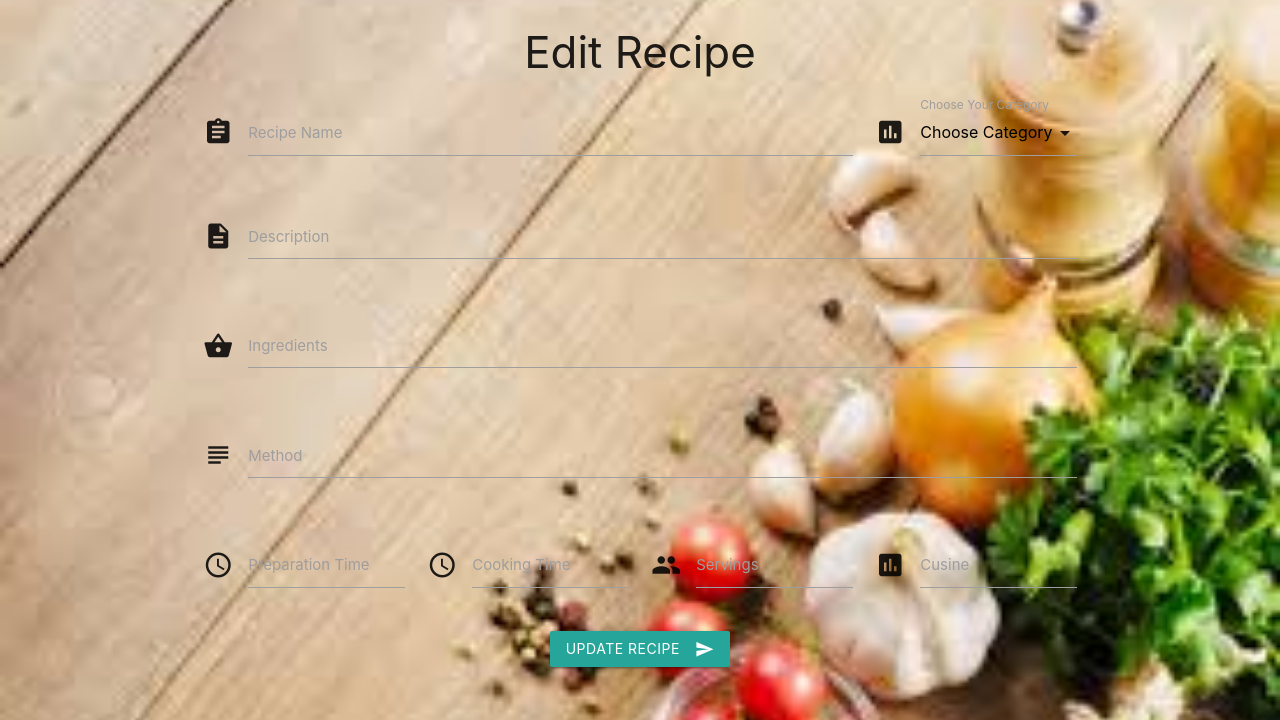
Repository: atena123/COOK-BOOK
Page: templates/editrecipe.html
The author's editor kept a record of every edit. The page is drawn from the files as they stood at one moment, then again after the next edit.
The browser window is 1280 px wide. The pictures show the whole page.
Some web libraries are served in a nearby version. The template is drawn by Flask 3. The application's start-up code is not run. Other server files are loaded and not shown. The template is opened directly, without the code that normally fills it, so the values that code supplies are empty.

Above is the page before.

### templates/editrecipe.html
{% extends 'base.html' %}

    {% block content %}
    <h3>Edit Recipe</h3>

    <div class="row">
    <form action="{{ url_for('update_recipe', recipe_id=recipe._id) }}" method="POST" class="col s12">

            <div class="row">
                <div class="input-field col s9">
                <i class="material-icons prefix">assignment</i>
                <input id="recipe_name" name="recipe_name" type="text" class="validate" value="{{recipe.recipe_name}}">
                <label for="icon_prefix">Recipe Name</label>
                </div>

                <div class="input-field col s3">
                    <i class="material-icons prefix">poll</i>
                    <select id="category" name="category_name">
                      <option value="" disabled selected>Choose Category</option>
                  {% for cat in categories %}
                      <option value="{{cat.category_name}}">{{cat.category_name}}</option>
                  {% endfor %}
                    </select>
                    <label>Choose Your Category</label>
                </div>
            </div>

            <div class="row">
                <div class="input-field col s12">
                <i class="material-icons prefix">description</i>
                <textarea name="recipe_description" id="recipe_description" class="materialize-textarea">{{recipe.recipe_description}}</textarea>
                <label for="icon_telephone">Description</label>
                </div>
            </div>

            <div class="row">
                <div class="input-field col s12">
                <i class="material-icons prefix">shopping_basket</i>
                <textarea name="recipe_ingredients" id="recipe_ingredients" class="materialize-textarea">{{recipe.recipe_ingredients}}</textarea>
                <label for="icon_telephone">Ingredients</label>
                </div>
            </div>

             <div class="row">
                <div class="input-field col s12">
                <i class="material-icons prefix">subject</i>
                <textarea name="recipe_method" id="recipe_method" class="materialize-textarea">{{recipe.recipe_method}}</textarea>
                <label for="icon_telephone">Method</label>
                </div>
            </div>

            <div class="row">
                <div class="input-field col s3">
                <i class="material-icons prefix">access_time</i>
                <input id="preparation_time" name="preparation_time" type="text" class="validate" value="{{recipe.preparation_time}}">
                <label for="icon_prefix">Preparation Time</label>
                </div>

                <div class="input-field col s3">
                <i class="material-icons prefix">access_time</i>
                <input id="cooking_time" name="cooking_time" type="text" class="validate" value="{{recipe.cooking_time}}">
                <label for="icon_prefix">Cooking Time</label>
                </div>

                <div class="input-field col s3">
                <i class="material-icons prefix">group</i>
                <input id="recipe_servings" name="recipe_servings" type="text" class="validate" value="{{recipe.recipe_servings}}">
                <label for="icon_prefix">Servings</label>
                </div>

                <div class="input-field col s3">
                <i class="material-icons prefix">poll</i>
                <input id="cusine_name" name="cusine_name" type="text" class="validate" value="{{recipe.cusine_name}}">
                <label for="icon_prefix">Cusine</label>
                </div>
            </div>
            <div class="row edit_recipe_button">
                <button class="btn waves-effect waves-light" type="submit" name="action">Update Recipe
                <i class="material-icons right">send</i>
                </button>
            </div>
        </div>
    </form>
</div>

     {% endblock %}

### templates/base.html
<!DOCTYPE html>
<html>
    <head>
        <script src="https://cdnjs.cloudflare.com/ajax/libs/materialize/1.0.0/js/materialize.min.js"></script>
        <link href="https://fonts.googleapis.com/icon?family=Material+Icons" rel="stylesheet">
        <link rel="stylesheet" href="https://cdnjs.cloudflare.com/ajax/libs/materialize/1.0.0/css/materialize.min.css">
        <link rel="stylesheet" href="{{url_for('static', filename='css/style.css')}}" type="text/css" />
        <link rel="stylesheet" href="{{url_for('static', filename='images/online_book.jpg')}}" type="text/css" />

    </head>
    <body>

        <div class="container">
        {% block content %}

        {% endblock %}
        </div>

        <script src="https://cdnjs.cloudflare.com/ajax/libs/jquery/3.2.1/jquery.min.js"></script>
        <script src="https://cdnjs.cloudflare.com/ajax/libs/materialize/1.0.0/js/materialize.min.js"></script>
        <script type="text/javascript">
        $(document).ready(function(){
        $('.collapsible').collapsible();
        $('select').formSelect();
        });
        </script>

    </body>
</html>

### static/css/style.css


body {
    background: url("../images/online_book.jpg");
    background-position: center;
    background-repeat: no-repeat;
    background-size: cover;
    background-attachment: fixed;
}


h3, h6 {
    text-align: center;
}

/*-------------------------Home Page--------------------*/

.button {
    height: 24px;
    width: 80px;
    line-height: 24px;
    margin: 6px 6px;
    padding: 0 0.5em;

}

.home_buttons {
    padding-left: 500px;
}




/*-------------------------Add Recipe Page---------------*/

.add_recipe_button {
    text-align: center;
}

/*-------------------------Edit Recipe Page---------------*/

.edit_recipe_button {
    text-align: center;
}

/*------------------------View Recipe Button--------------*/

.view_recipe_button {
    text-align: center;
}

After the next edit:
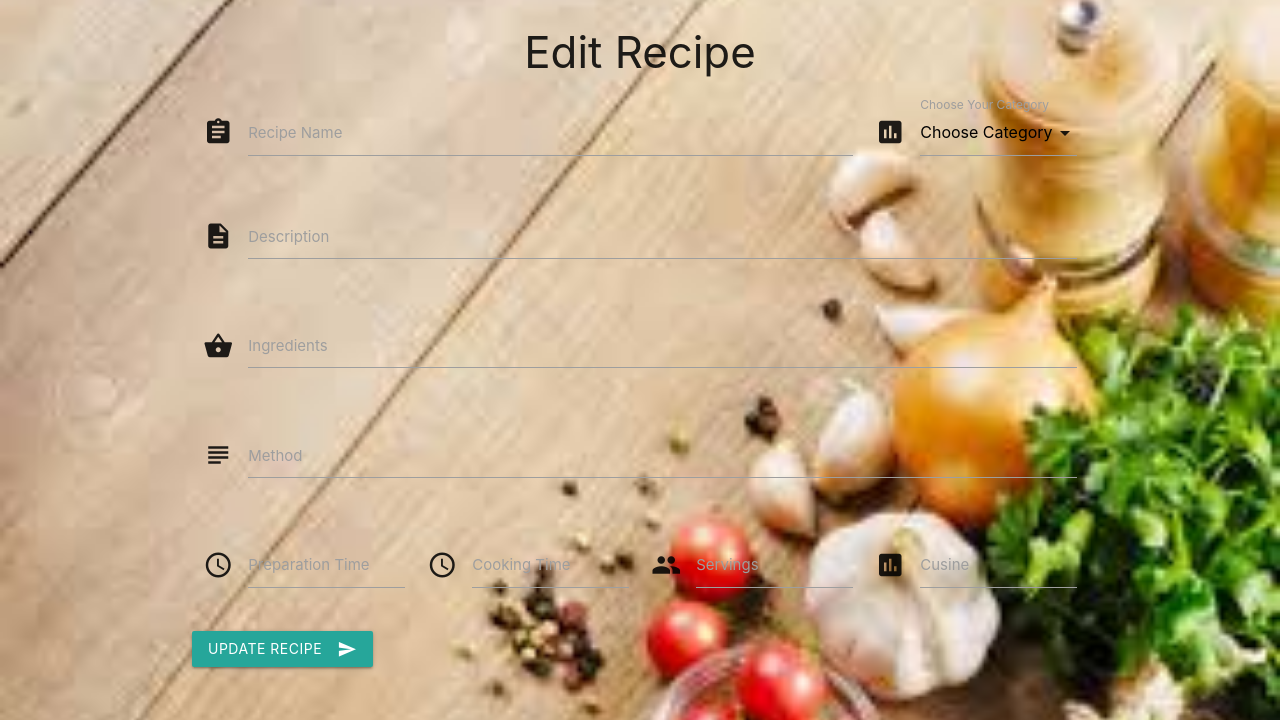
The edit:
--- a/templates/editrecipe.html
+++ b/templates/editrecipe.html
@@ -74,7 +74,7 @@
                 <label for="icon_prefix">Cusine</label>
                 </div>
             </div>
-            <div class="row edit_recipe_button">
+            <div class="row update_recipe_button">
                 <button class="btn waves-effect waves-light" type="submit" name="action">Update Recipe
                 <i class="material-icons right">send</i>
                 </button>
